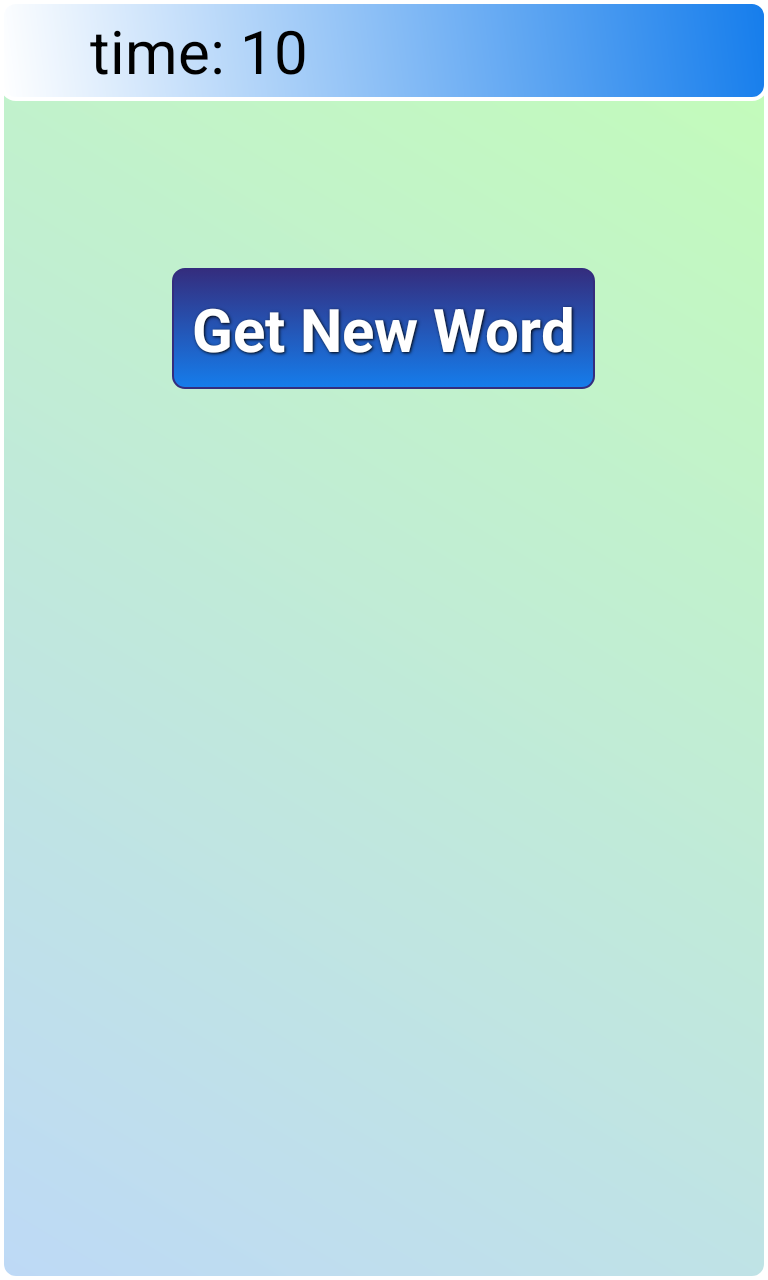
Repository: tvergilio/android
Layout: GoogleItDb/res/layout/activity_main.xml
These files come from the project's save history. The layout is drawn as it stood at one moment and after the next save; the edit follows.
It is drawn on a 768 x 1280 px phone screen (xhdpi) without system bars, with theme AppTheme; the app's code is not run. Lists and similar views that code fills are empty.

Above is the layout before, as saved 2014-02-15 23:36:05.

### GoogleItDb/res/layout/activity_main.xml
<RelativeLayout xmlns:android="http://schemas.android.com/apk/res/android"
    android:layout_width="fill_parent"
    android:layout_height="fill_parent"
    android:animateLayoutChanges="true"
    android:background="@drawable/rectangle"
    android:orientation="vertical" >

    <TableLayout
        android:id="@+id/top_table_layout"
        android:layout_width="fill_parent"
        android:layout_height="wrap_content"
        android:layout_gravity="center"
        android:animateLayoutChanges="true"
        android:background="@drawable/rectangle_blue" >

        <TableRow
            android:id="@+id/tableRow1"
            android:layout_width="wrap_content"
            android:layout_height="wrap_content"
            android:padding="5dip" >

            <TextView
                android:id="@+id/score"
                android:gravity="left"
                android:paddingRight="40dip"
                android:textSize="30sp" />

            <TextView
                android:id="@+id/timer"
                android:gravity="right"
                android:text="@string/timer"
                android:textSize="30sp" />
        </TableRow>
    </TableLayout>

    <TextView
        android:id="@+id/service_text_main"
        android:layout_width="wrap_content"
        android:layout_height="wrap_content"
        android:layout_below="@+id/top_table_layout"
        android:layout_gravity="center_horizontal"
        android:padding="20dip"
        android:textSize="30sp"
        android:textStyle="bold" />

    <LinearLayout
        android:id="@+id/list_view_layout"
        android:layout_width="fill_parent"
        android:layout_height="wrap_content"
        android:layout_below="@+id/service_text_main"
        android:layout_centerHorizontal="true"
        android:animateLayoutChanges="true"
        android:background="@drawable/rectangle_orange"
        android:orientation="vertical" >

        <ListView
            android:id="@id/android:list"
            android:layout_width="fill_parent"
            android:layout_height="wrap_content"
            android:layout_gravity="center_horizontal" />
    </LinearLayout>

    <Button
        android:id="@+id/button1"
        android:layout_width="wrap_content"
        android:layout_height="wrap_content"
        android:layout_below="@+id/list_view_layout"
        android:background="@drawable/blue_button"
        style="@style/button_text"
        android:layout_centerHorizontal="true"
        android:onClick="buttonActivity"
        android:text="@string/get_word" />

    <LinearLayout
        android:id="@+id/result_layout"
        android:layout_width="wrap_content"
        android:layout_height="wrap_content"
        android:layout_alignParentBottom="true"
        android:layout_centerHorizontal="true"
        android:animateLayoutChanges="true"
        android:background="@drawable/rectangle_blue"
        android:orientation="vertical"
        android:padding="15dip"
        android:visibility="invisible" >

        <TextView
            android:id="@+id/result_text"
            android:layout_width="wrap_content"
            android:layout_height="wrap_content"
            android:layout_gravity="center"
            android:padding="3dip"
            android:textSize="30sp" />

        <TextView
            android:id="@+id/result_points_earned"
            android:layout_width="wrap_content"
            android:layout_height="wrap_content"
            android:layout_gravity="center"
            android:padding="3dip"
            android:textColor="@color/red"
            android:textSize="30sp"
            android:textStyle="bold" />
    </LinearLayout>

</RelativeLayout>

### GoogleItDb/res/values/colors.xml
<?xml version="1.0" encoding="utf-8"?>
<resources>
    <color name="corn_yellow">#FFF380</color>
    <color name="ginger_brown">#C9BE62</color>
    <color name="midnight_blue">#151B54</color>
    <color name="dark_slate_blue">#2B3856</color>
    <color name="light_jade">#C3FDB8</color>
    <color name="blue_whale">#342D7E</color>
    <color name="light_pink">#FFDFFF</color>
    <color name="green">#00FF00</color>
    <color name="green_yellow">#B1FB17</color>
    <color name="red">#FF0000</color>
    <color name="saffron">#FBB917</color>
    <color name="wood">#966F33</color>
    <color name="yellow">#FFFF00</color>
    <color name="aquamarine">#7FFFD4</color>
    <color name="light_cyan">#E0FFFF</color>
    <color name="pastel_blue">#BED9F6</color>
    <color name="white">#FFFFFF</color>
    <color name="parchment">#FFFFC2</color>
    <color name="bee_yellow">#E9AB17</color>
    <color name="blue_lotus">#6960EC</color>
    <color name="black">#000000</color>
    <color name="blue_dress">#157DEC</color>
    <color name="orange">#ED8515</color>


</resources>

### GoogleItDb/res/drawable-hdpi/rectangle.xml
<?xml version="1.0" encoding="utf-8"?>
<shape xmlns:android="http://schemas.android.com/apk/res/android"
         android:shape="rectangle">
     <stroke android:width="2dp" android:color="@color/white" />
     <gradient android:startColor="@color/light_jade" android:endColor="@color/pastel_blue"
            android:angle="225"/>

    <corners android:bottomRightRadius="7dp" android:bottomLeftRadius="7dp"
     android:topLeftRadius="7dp" android:topRightRadius="7dp"/>

</shape>

### GoogleItDb/res/drawable-hdpi/rectangle_blue.xml
<?xml version="1.0" encoding="utf-8"?>
<shape xmlns:android="http://schemas.android.com/apk/res/android"
         android:shape="rectangle">
     <stroke android:width="2dp" android:color="@color/white" />
     <gradient android:startColor="@color/blue_dress" android:endColor="@color/white"
            android:angle="225"/>

    <corners android:bottomRightRadius="7dp" android:bottomLeftRadius="7dp"
     android:topLeftRadius="7dp" android:topRightRadius="7dp"/>

</shape>

### GoogleItDb/res/values/strings.xml
<?xml version="1.0" encoding="utf-8"?>
<resources>

    <string name="app_name">Google it!</string>
    <string name="action_settings">Settings</string>
    <string name="hello_world">Hello world!</string>
    <string name="get_word">Get New Word</string>
    <string name="title_activity_read">ReadActivity</string>
    <string name="timer">time: 10</string>
    <string name="string_url">http://google.com/complete/search?output=toolbar&amp;q=</string>
    <string name="string_url_uk">http://google.co.uk/complete/search?output=toolbar&amp;q=</string>
    <string name="preference_file_key">com.example.googleiddb.PREFERENCE_FILE_KEY</string>
    <string name="saved_word_name">com.example.googleitdb.SAVED_WORD_NAME</string>
    <string name="saved_word_suggestions">com.example.googleitdb.SAVED_WORD_SUGGESTIONS</string>
    <string name="saved_points">com.example.googleitdb.SAVED_POINTS</string>
    <string name="new_game">Random Word Game</string>
    <string name="new_game_forename">Name Game</string>
    <string name="help">Help</string>
    <string name="result_first">1st Well done!</string>
    <string name="result_second">2nd best...</string>
    <string name="result_third">3rd Not bad!</string>
    <string name="result_fourth">4th You squit!</string>
    <string name="result_fifth">5th That is awful!</string>

</resources>

### GoogleItDb/res/drawable-hdpi/rectangle_orange.xml
<?xml version="1.0" encoding="utf-8"?>
<shape xmlns:android="http://schemas.android.com/apk/res/android"
         android:shape="rectangle">
     <stroke android:width="2dp" android:color="@color/white" />
     <gradient android:startColor="@color/orange" android:endColor="@color/white"
            android:angle="225"/>

    <corners android:bottomRightRadius="7dp" android:bottomLeftRadius="7dp"
     android:topLeftRadius="7dp" android:topRightRadius="7dp"/>

</shape>

### GoogleItDb/res/drawable-hdpi/blue_button.xml
<?xml version="1.0" encoding="utf-8"?>
<selector xmlns:android="http://schemas.android.com/apk/res/android">

    <item android:state_pressed="true">
        <shape>
            <solid android:color="@color/blue_dress" />

            <stroke android:width="1dp" android:color="@color/blue_whale" />

            <corners android:radius="6dp" />

            <padding android:bottom="10dp" android:left="10dp" android:right="10dp" android:top="10dp" />
        </shape>

        </item>
    <item><shape>
            <gradient android:angle="270" android:endColor="@color/blue_dress" android:startColor="@color/blue_whale" />

            <stroke android:width="1dp" android:color="@color/blue_whale" />

            <corners android:radius="6dp" />

            <padding android:bottom="10dp" android:left="10dp" android:right="10dp" android:top="10dp" />
        </shape></item>

</selector>

Loaded but not shown: GoogleItDb/res/values/styles.xml (common file); GoogleItDb/res/values-v11/styles.xml (common file); GoogleItDb/res/values-v14/styles.xml (common file)

After the next save:
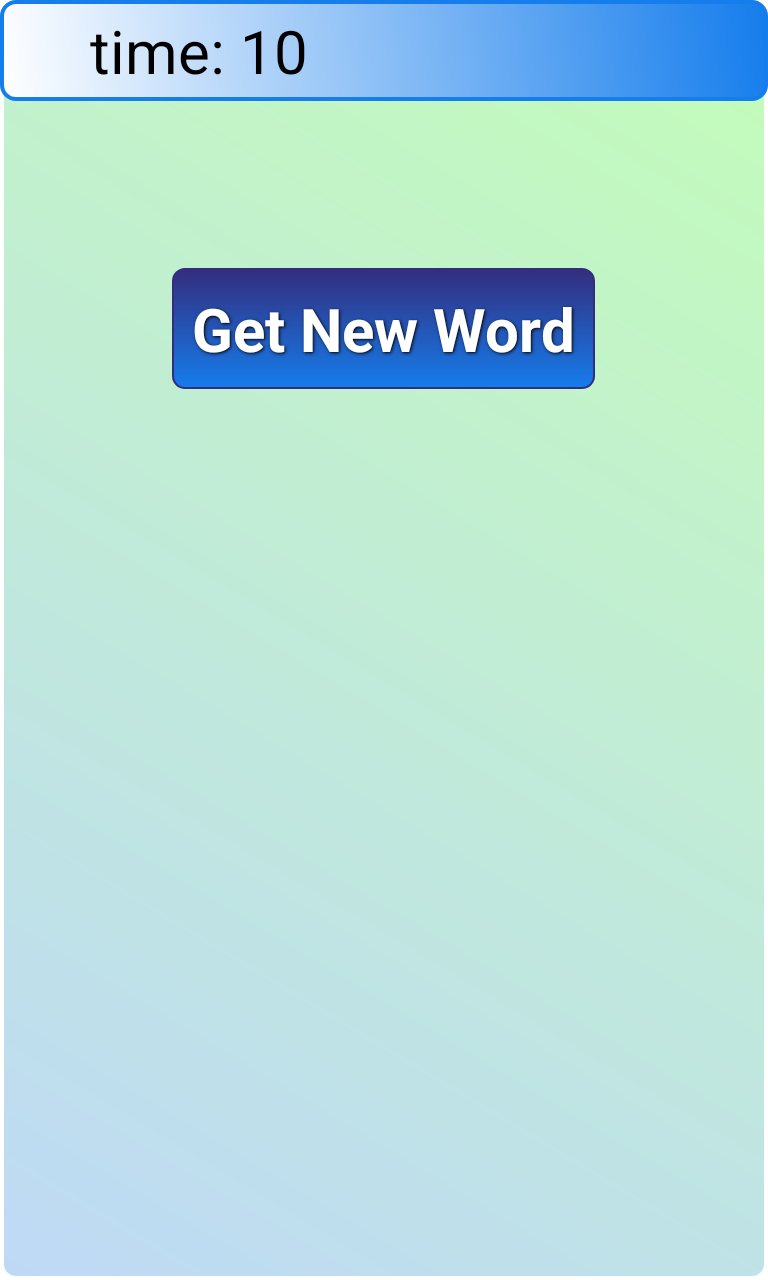
Saved 3 min 19 s later.
--- a/GoogleItDb/res/drawable-hdpi/rectangle_blue.xml
+++ b/GoogleItDb/res/drawable-hdpi/rectangle_blue.xml
@@ -1,7 +1,7 @@
 <?xml version="1.0" encoding="utf-8"?>
 <shape xmlns:android="http://schemas.android.com/apk/res/android"
          android:shape="rectangle">
-     <stroke android:width="2dp" android:color="@color/white" />
+     <stroke android:width="2dp" android:color="@color/blue_dress" />
      <gradient android:startColor="@color/blue_dress" android:endColor="@color/white"
             android:angle="225"/>
 
